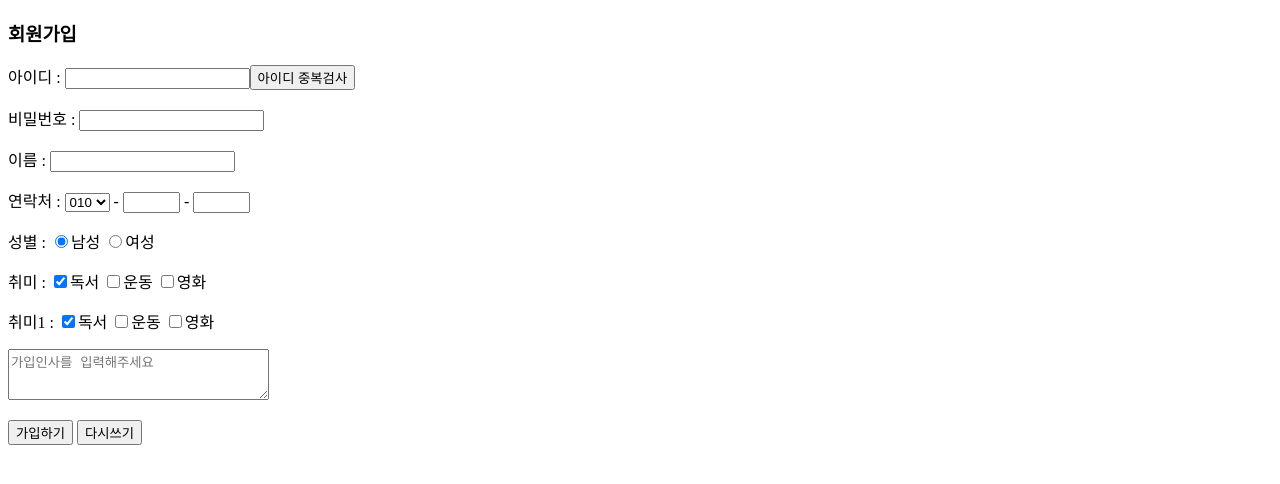
Repository: zhyuk/FullStackStudy
Page: http://localhost/jspfirst/08_05_02_form04.jsp
The author's editor kept a copy of each file at every save. The page is drawn from the files as they stood at one save, then again after the next save.
The browser window is 1280 px wide. The pictures show the whole page.
The page is served by Tomcat 9.

Above is the page before, as saved 2024-08-27 07:39:27.

After the next save:
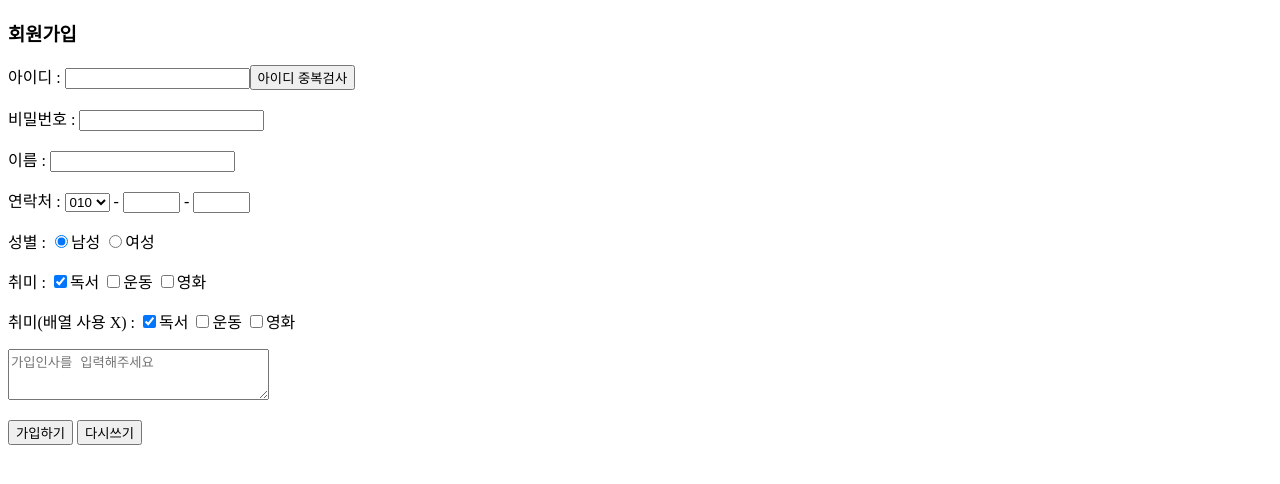
Saved 2 min 47 s later.
--- a/jsp/jspwork/jspfirst/src/main/webapp/08_05_02_form04.jsp
+++ b/jsp/jspwork/jspfirst/src/main/webapp/08_05_02_form04.jsp
@@ -35,7 +35,7 @@
 	            <input type="checkbox" name="hobby" value="운동">운동</input>
 	            <input type="checkbox" name="hobby" value="영화">영화</input>
 	        </p>
-   	        <p>취미1 :
+   	        <p>취미(배열 사용 X) :
 	            <input type="checkbox" name="hobby1" value="독서" checked>독서</input>
 	            <input type="checkbox" name="hobby2" value="운동">운동</input>
 	            <input type="checkbox" name="hobby3" value="영화">영화</input>
